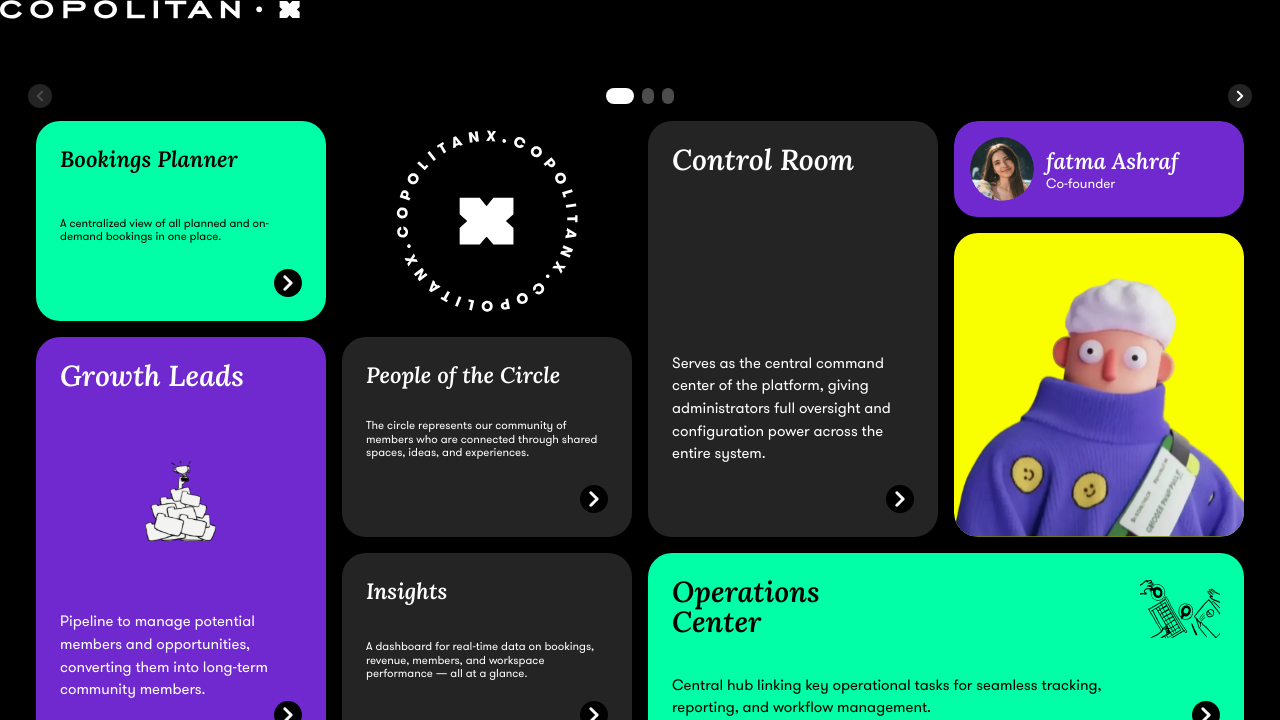
Repository: mohameddtalal/Copolitan-X
Page: /dashboard
The author's editor kept a copy of each file at every save. The page is drawn from the files as they stood at one save, then again after a run of saves.
The browser window is 1280 px wide. The pictures show the whole page.
The project was rebuilt for these pictures with package versions that can differ from the ones it lists, and the page was loaded fresh each time. The framework's server and built-in components were replaced by stand-ins that run in the browser. Also part of the build but not shown: next.config.ts.

Above is the page before, as saved 2026-02-10 13:33:43.

After the next 5 saves:
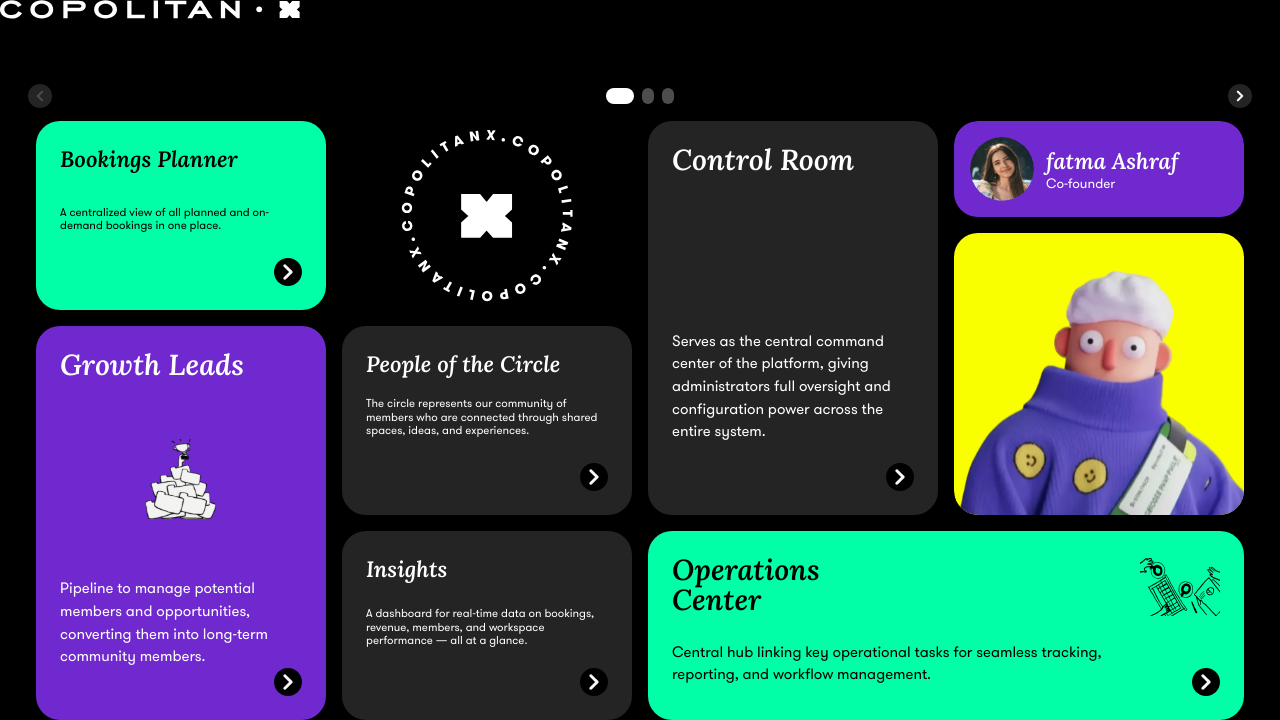
The 5 saves are shown as one change because 4 did not build or start.
The last was saved 86 s later.
--- a/src/components/BentoGrid/BentoGrid.tsx
+++ b/src/components/BentoGrid/BentoGrid.tsx
@@ -35,9 +35,15 @@ const BentoGrid = () => {
         [
             { id: 15, title: "Data Hub", description: "A streamlined repository for all data collect, analyze, and access key metrics to drive informed decisions.", color: "bg-[#FFD3D2]", span: "col-span-1 row-span-1", flippable: true },
             { id: 2, title: "", description: "", color: "bg-[var(--background)]", span: "col-span-1 row-span-1", image: "/cards/CIRCULAR TEXT.svg" },
+            { id: 10, title: "Security \nControl", description: "Serves as the central command center of the platform, giving administrators full oversight and configuration power across the entire system.", color: "bg-[#242424]", span: "col-span-1 row-span-2", cardImage: "/cards/card11.svg", layoutType: "column" },
+            { id: 4, title: "fatma Ashraf", description: "Co-founder", color: "bg-[var(--background)]", span: "col-span-1 row-span-2", isSplit: true, profileImage: "/cards/profile.svg", characterImage: "/cards/character.svg" },
+            { id: 11, title: "Finance Center", description: "A control panel for streamlined financial records and insights collaborations.", color: "bg-[#242424]", span: "col-span-1 row-span-2" },
+            { id: 12, title: "Experience& \nEngagement Lab", description: "A tools lab that drives engagement and growth where experience is refined and elevated.", color: "bg-[#242424]", span: "col-span-1 row-span-1" },
+            { id: 13, title: "Data Hub", description: "A streamlined repository for all data collect, analyze, and access key metrics to drive informed decisions.", color: "bg-[#242424]", span: "col-span-1 row-span-1" },
+            { id: 14, title: "Facility \nManagement ", description: "Central hub linking key operational tasks for seamless tracking, reporting, and workflow management.", color: "bg-[#242424]", span: "col-span-2 row-span-1", cardImage: "/cards/card15.svg", layoutType: "row" },
+        ],
 
 
-        ],
     ];
     const nextPage = () => {
         if (currentPage < pages.length - 1) {
@@ -52,7 +58,7 @@ const BentoGrid = () => {
     };
 
     return (
-        <div className="w-full h-full min-h-[670px] px-1 sm:px-1 md:px-2 lg:px-3 xl:px-5 flex flex-col overflow-hidden">
+        <div className="w-full h-full  px-1 sm:px-1 md:px-2 lg:px-3 xl:px-5 flex flex-col overflow-hidden">
             {/* Navigation Section */}
             <Navigation
               currentPage={currentPage}
